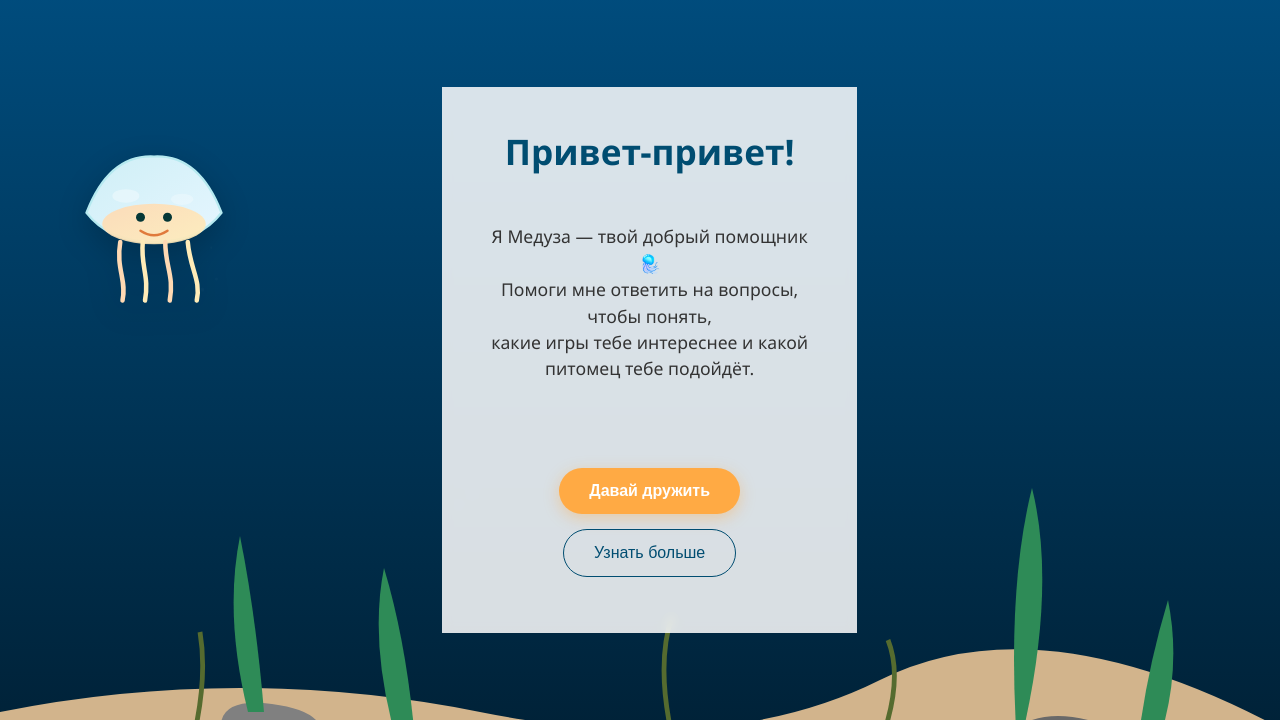
Repository: HOADF/kids-career-world
Page: index.html
The author's editor kept a copy of each file at every save. The page is drawn from the files as they stood at one save, then again after the next save.
The browser window is 1280 px wide. The pictures show the whole page.

Above is the page before, as saved 2026-03-13 19:37:57.

### index.html
<!doctype html>
<html lang="ru">
<head>
  <meta charset="utf-8" />
  <meta name="viewport" content="width=device-width,initial-scale=1" />
  <title>Kids Career World — знакомство</title>
  <link rel="stylesheet" href="style.css">
  <link rel="stylesheet" href="games-list.css">
  <link rel="stylesheet" href="animations.css"> <script type="module" src="script.js"></script>
</head>
<body>

  <div class="ocean-frame" aria-hidden="true">
    <img src="backgrounds/ocean.svg" class="layer-bg">
    <img src="backgrounds/ocean_floor.svg" class="layer-floor">

    <img src="pets/jellyfish.svg" class="jelly-svg" id="main-pet-image">

    <img src="fx/bubbles.svg" class="bubble-stream stream-left">
    <img src="fx/bubbles.svg" class="bubble-stream stream-right">
  </div>

  <main class="page-root">

    <section id="welcome-card" class="welcome-card">
      <div class="welcome-inner" style="padding: 40px; text-align: center;">
        <h1 id="welcome-title">Привет-привет!</h1>
        <p class="lead">
          Я Медуза — твой добрый помощник 🪼<br>
          Помоги мне ответить на вопросы, чтобы понять,<br>
          какие игры тебе интереснее и какой питомец тебе подойдёт.
        </p>

        <div class="controls" style="display: flex; gap: 15px; justify-content: center; margin-top: 30px;">
          <button id="start-quiz" class="btn-primary">Давай дружить</button>
          <button id="learn-more" class="btn-ghost">Узнать больше</button>
        </div>
      </div>
    </section>

    <section id="questions-section" class="questions-card hidden">
      <div class="questions-inner">
        <div id="progress" class="progress">Вопрос <span id="q-index">1</span> из <span id="q-total">5</span></div>
        <h2 id="question-title" class="question-title">Загружаю вопрос...</h2>
        <div id="answers" class="answers"></div>
        <div class="nav-row">
          <button id="btn-back" class="btn-ghost small" disabled>◀ Назад</button>
          <button id="btn-next" class="btn-primary small" disabled>Дальше ▶</button>
        </div>
      </div>
    </section>

    <section id="result-section" class="result-card hidden">
      <div class="result-inner">
        <h2 id="result-title">Тебе подойдёт...</h2>
        <div id="result-pet" class="result-pet"></div>
        <div id="result-games" class="result-games"></div>
        <div class="result-controls">
          <button id="restart" class="btn-ghost">Пройти снова</button>
          <button id="continue" class="btn-primary">Пойти в игры</button>
        </div>
      </div>
    </section>

  </main>
</body>
</html>

### style.css
/* Главный файл стилей — "Оглавление" */
@import url('base.css');
@import url('components.css');
@import url('animations.css');
@import url('games-list.css');

### games-list.css
.games-container {
  display: flex;
  flex-wrap: wrap;
  gap: 16px;
  justify-content: center;
}

.game-card {
  width: 220px;
  background: #fff;
  border-radius: 14px;
  padding: 12px;
  box-shadow: 0 6px 14px rgba(0,0,0,0.1);
  text-align: center;
}

.game-card img {
  width: 100%;
  border-radius: 10px;
}

.play-btn {
  display: inline-block;
  margin-top: 8px;
  background: #4fc3f7;
  color: #fff;
  padding: 8px 12px;
  border-radius: 8px;
  text-decoration: none;
  font-weight: bold;
}

.play-btn:hover {
  transform: translateY(-2px);
}

.level {
  color: #555;
  font-size: 14px;
  margin-top: 4px;
}

.main-layout {
  display: flex;
  justify-content: space-between;
  align-items: flex-start;
  gap: 32px;
  max-width: 1200px;
  margin: 0 auto;
  padding: 20px;
}

.welcome-card {
  flex: 1 1 50%;
  min-width: 400px;
}

.games-panel {
  flex: 1 1 50%;
  min-width: 400px;
}

.games-container {
  display: flex;
  flex-wrap: wrap;
  gap: 16px;
  justify-content: center;
}

.game-card {
  width: 200px;
  background: #fff;
  border-radius: 14px;
  padding: 12px;
  box-shadow: 0 6px 14px rgba(0,0,0,0.1);
  text-align: center;
}

### animations.css
/* ---------- ГЛОБАЛЬНЫЕ НАСТРОЙКИ ---------- */
body, html {
  margin: 0;
  padding: 0;
  width: 100%;
  height: 100%;
  font-family: 'Segoe UI', Tahoma, Geneva, Verdana, sans-serif;
  background-color: #002a40; /* Темный фон за карточкой */
}

.page-root {
  display: flex;
  justify-content: center;
  align-items: center;
  min-height: 100vh;
  padding: 20px;
  box-sizing: border-box;
}

/* ---------- ГЛАВНАЯ КАРТОЧКА ---------- */
.welcome-card, .questions-card, .result-card {
  position: relative;
  width: 100%;
  max-width: 850px;
  min-height: 450px;
  background: white;
  border-radius: 2.5rem;
  overflow: hidden; /* КРИТИЧНО: чтобы фон не вылезал */
  display: flex;
  box-shadow: 0 25px 60px rgba(0,0,0,0.4);
}

.hidden { display: none !important; }

/* ---------- ЖИВОЙ ОКЕАН ВНУТРИ ---------- */
.ocean-frame {
  position: absolute;
  top: 0;
  left: 0;
  width: 100%;
  height: 100%;
  z-index: 1;
}

.layer-bg, .layer-floor {
  position: absolute;
  width: 100%;
  height: 100%;
  object-fit: cover;
  pointer-events: none;
}

.layer-floor {
  z-index: 3;
  bottom: 0;
}

/* ---------- МЕДУЗА (СЛЕВА) ---------- */
.jelly-svg {
  position: absolute;
  left: 5%;
  top: 20%;
  width: 180px;
  height: auto;
  z-index: 10;
  animation: petFloat 4s ease-in-out infinite;
  filter: drop-shadow(0 10px 15px rgba(0,0,0,0.2));
}

@keyframes petFloat {
  0%, 100% { transform: translateY(0) rotate(-2deg); }
  50% { transform: translateY(-20px) rotate(2deg); }
}

/* ---------- ПУЗЫРЬКИ ---------- */
.bubble-stream {
  position: absolute;
  bottom: -50px;
  width: 35px;
  z-index: 5;
  opacity: 0.5;
}
.stream-left { left: 15%; animation: bubbleRise 7s infinite; }
.stream-right { left: 35%; animation: bubbleRise 10s infinite 2s; }

@keyframes bubbleRise {
  0% { transform: translateY(0); opacity: 0; }
  20% { opacity: 0.6; }
  100% { transform: translateY(-500px); opacity: 0; }
}

/* ---------- КОНТЕНТ (СПРАВА) ---------- */
.welcome-inner, .questions-inner, .result-inner {
  position: relative;
  z-index: 20; /* Поверх всего */
  margin-left: 45%; /* Освобождаем место под медузу */
  padding: 50px;
  text-align: left;
  display: flex;
  flex-direction: column;
  justify-content: center;
  background: rgba(255, 255, 255, 0.85); /* Белая подложка под текстом для читаемости */
  backdrop-filter: blur(5px);
  width: 55%;
}

h1 { color: #004d71; font-size: 2.2rem; margin-bottom: 1rem; }
.lead { color: #333; font-size: 1.1rem; line-height: 1.5; }

/* Кнопки */
.btn-primary {
  background: #ffaa44;
  color: white;
  border: none;
  padding: 14px 30px;
  border-radius: 50px;
  font-weight: bold;
  cursor: pointer;
  box-shadow: 0 4px 15px rgba(255, 170, 68, 0.4);
}

.btn-ghost {
  background: transparent;
  color: #004d71;
  border: 1px solid #004d71;
  padding: 14px 30px;
  border-radius: 50px;
  cursor: pointer;
}

### script.js
import { petAssets } from './config.js';
import { QuizManager } from './quiz.js';

document.addEventListener('DOMContentLoaded', () => {
    const quiz = new QuizManager();

    // Элементы интерфейса
    const welcomeCard = document.getElementById('welcome-card');
    const questionsSection = document.getElementById('questions-section');
    const resultSection = document.getElementById('result-section');
    const petRoom = document.getElementById('pet-room');

    // Кнопки
    const startBtn = document.getElementById('start-quiz');
    const btnRestart = document.getElementById('restart');
    const btnContinue = document.getElementById('continue');
    const btnBack = document.getElementById('btn-back');

    // Поля теста
    const qTitle = document.getElementById('question-title');
    const qAnswers = document.getElementById('answers');
    const qIndexEl = document.getElementById('q-index');
    const qTotalEl = document.getElementById('q-total');

    // Поля результата
    const resultPet = document.getElementById('result-pet');
    const resultGames = document.getElementById('result-games');
    const resultTitle = document.getElementById('result-title');

    // Слои мира (динамический фон)
    const bgImg = document.getElementById('bg-img');
    const floorImg = document.getElementById('floor-img');
    const mainPetImg = document.getElementById('pet-img');

    // 1. ПРОВЕРКА ВХОДА
    if (localStorage.getItem('childName') && petRoom) {
        welcomeCard?.classList.add('hidden');
        petRoom.classList.remove('hidden');
    }

    // 2. СБОРКА SVG ПИТОМЦА
    function assemblePet(type, markType = 'heart') {
        const body = petAssets.bodies[type] || petAssets.bodies['artist'];
        const mark = petAssets.marks[markType] || "";
        return `
        <svg viewBox="0 0 200 200" style="width:100%; height:100%;">
          ${body}
          <g class="accessory-layer">${mark}</g>
        </svg>`;
    }

    // 3. ОБНОВЛЕНИЕ ВИЗУАЛА МИРА
    function updateWorld(worldData, petType) {
        if (!worldData) return;

        // Плавная смена через прозрачность (если добавить transition в CSS)
        if (bgImg) bgImg.src = worldData.bg;
        if (floorImg) floorImg.src = worldData.floor;

        // Меняем главного персонажа на фоне
        if (mainPetImg) {
            mainPetImg.src = `pets/${petType}.svg`;
            // Если используешь SVG сборку для фона:
            // mainPetImg.parentElement.innerHTML = assemblePet(petType);
        }
    }

    // 4. ОТОБРАЖЕНИЕ ВОПРОСА
    function renderQuestion() {
        const q = quiz.getCurrentQuestion();
        const progress = quiz.getProgress();

        qIndexEl.textContent = progress.current;
        qTotalEl.textContent = progress.total;
        qTitle.textContent = q.text;
        qAnswers.innerHTML = '';

        q.answers.forEach(ans => {
            const btn = document.createElement('button');
            btn.className = 'answer-btn btn-primary'; // Используем наши новые стили
            btn.style.margin = "5px";
            btn.textContent = ans.text;

            btn.onclick = () => {
                const step = quiz.nextQuestion(ans.type);
                if (step.finished) {
                    showResult(step.result);
                } else {
                    renderQuestion();
                }
            };
            qAnswers.appendChild(btn);
        });

        if (btnBack) btnBack.disabled = progress.current === 1;
    }

    function showResult(result) {
        questionsSection.classList.add('hidden');
        resultSection.classList.remove('hidden');

        // Меняем фон и персонажа под результат
        updateWorld(result.data.world, result.type);

        resultTitle.textContent = `Твой друг: ${result.data.pet}`;
        resultPet.innerHTML = assemblePet(result.type, 'heart');
        resultGames.textContent = result.data.games;
    }

    // 5. СОБЫТИЯ
    startBtn?.addEventListener('click', () => {
        welcomeCard.classList.add('hidden');
        questionsSection.classList.remove('hidden');
        renderQuestion();
    });

    btnBack?.addEventListener('click', () => {
        if (quiz.prevQuestion()) renderQuestion();
    });

    btnRestart?.addEventListener('click', () => {
        quiz.reset();
        resultSection.classList.add('hidden');
        welcomeCard.classList.remove('hidden');
        // Возвращаем стандартный фон океана
        if (bgImg) bgImg.src = 'backgrounds/ocean.svg';
        if (floorImg) floorImg.src = 'backgrounds/ocean_floor.svg';
    });

    btnContinue?.addEventListener('click', () => {
        localStorage.setItem('childName', 'Друг');
        location.reload();
    });
});

### base.css
/* ---------- Базовые стили ---------- */
:root {
  --color-bg: #eaf9fb;
  --color-accent: #ffb44a;
  --color-text: #023436;
  --color-subtle: #0b6b6f;
  --color-white: #ffffff;
  --transition-fast: 0.3s ease;
  --transition-slow: 0.6s ease;
}

* {
  box-sizing: border-box;
  margin: 0;
  padding: 0;
}

html, body {
  width: 100%;
  height: 100%;
  font-family: system-ui, "Segoe UI", Roboto, sans-serif;
  color: var(--color-text);
  background-color: var(--color-bg);
  overflow-x: hidden;
}

.hidden {
  display: none !important;
}

.background-decor {
  position: fixed;
  top: 0;
  left: 0;
  width: 100%;
  height: 100%;
  background: linear-gradient(180deg, #eaf9fb 0%, #f8ffff 100%);
  z-index: -1;
}

.page-root {
  display: flex;
  flex-direction: column;
  align-items: center;
  justify-content: center;
  padding: 2rem;
  min-height: 100vh;
}

/* 📱 АДАПТИВНОСТЬ ПОД УСТРОЙСТВА */
@media (max-width: 700px) {
  .welcome-card { padding: 1.5rem; }
  .welcome-inner { flex-direction: column; text-align: center; }
  .controls { justify-content: center; }
}

@media (max-width: 480px) {
  body { font-size: 14px; padding: 0.5rem; }
  .welcome-card, .questions-card, .result-card { padding: 1rem; border-radius: 1rem; }
  .welcome-card h1 { font-size: 1.4rem; line-height: 1.4; }
  .welcome-text p { font-size: 0.95rem; }
  .controls { flex-direction: column; gap: 0.75rem; }
  button { width: 100%; font-size: 1rem; padding: 0.8rem; }
  .pet-visual { width: 120px; height: 120px; }
}

@media (min-width: 481px) and (max-width: 768px) {
  body { font-size: 16px; padding: 1rem; }
  .welcome-card, .questions-card, .result-card { padding: 1.5rem; }
  .welcome-card h1 { font-size: 1.8rem; }
  .welcome-text p { font-size: 1rem; }
  button { font-size: 1rem; padding: 0.9rem 1.2rem; }
  .pet-visual { width: 150px; height: 150px; }
}

@media (min-width: 769px) and (max-width: 1200px) {
  body { font-size: 18px; padding: 1.5rem; }
  .welcome-card, .questions-card, .result-card { padding: 2rem; }
  .welcome-card h1 { font-size: 2rem; }
  .pet-visual { width: 180px; height: 180px; }
}

@media (min-width: 1201px) {
  body { font-size: 20px; max-width: 960px; margin: 0 auto; }
  .welcome-card, .questions-card, .result-card { border-radius: 2rem; }
  .pet-visual { width: 200px; height: 200px; }
}

### components.css
/* ---------- Карточки и Кнопки ---------- */
.welcome-card,
.questions-card,
.result-card {
  background: var(--color-white);
  border-radius: 24px;
  box-shadow: 0 6px 20px rgba(0, 0, 0, 0.08);
  max-width: 900px;
  width: 100%;
  padding: 2rem 3rem;
  display: flex;
  flex-direction: column;
  justify-content: center;
  animation: fadeIn var(--transition-slow);
}

.welcome-inner { display: flex; align-items: center; gap: 2rem; flex-wrap: wrap; justify-content: center; }
.welcome-text { flex: 1 1 400px; text-align: left; }

h1, h2 { font-weight: 700; color: var(--color-subtle); margin-bottom: 1rem; }
.lead { font-size: 1.1rem; line-height: 1.6; margin-bottom: 1.5rem; }

.controls { display: flex; gap: 1rem; flex-wrap: wrap; margin-bottom: 1rem; }

.btn-primary, .btn-ghost {
  font-size: 1rem; border-radius: 12px; padding: 0.8rem 1.6rem;
  cursor: pointer; transition: all var(--transition-fast); border: none;
}
.btn-primary { background: var(--color-accent); color: var(--color-white); }
.btn-primary:hover { background: #ff9f1a; transform: translateY(-2px); }
.btn-ghost { background: transparent; color: var(--color-subtle); border: 2px solid var(--color-subtle); }
.btn-ghost:hover { background: var(--color-subtle); color: var(--white); transform: translateY(-2px); }

.small { padding: 0.5rem 1rem; font-size: 0.9rem; }
.meta-note { font-size: 0.9rem; color: #555; opacity: 0.8; }

/* ---------- Опрос и Результат ---------- */
.questions-inner, .result-inner { display: flex; flex-direction: column; align-items: center; gap: 1rem; }
.progress { font-size: 0.95rem; color: #666; }
.question-title { font-size: 1.2rem; text-align: center; margin-bottom: 1rem; }

.answers { display: flex; flex-direction: column; gap: 0.8rem; width: 100%; max-width: 600px; }
.answers button {
  background: var(--color-bg); border: 2px solid transparent; border-radius: 12px;
  padding: 0.8rem 1.2rem; text-align: left; transition: all var(--transition-fast); font-size: 1rem;
}
.answers button:hover { border-color: var(--color-accent); background: #fff8f0; transform: translateY(-1px); }
.answers button.selected { border-color: var(--color-accent); background: #fff1de; }

.nav-row, .result-controls { display: flex; justify-content: space-between; width: 100%; max-width: 600px; margin-top: 1rem; }
.result-pet { margin-top: 1rem; font-size: 1.1rem; }
.result-games { font-size: 1rem; color: #333; }

### quiz.js
import { questions, results } from './config.js';

export class QuizManager {
    constructor() {
        this.currentQuestion = 0;
        this.answersGiven = [];
    }

    getCurrentQuestion() {
        return questions[this.currentQuestion];
    }

    nextQuestion(answerType) {
        this.answersGiven[this.currentQuestion] = answerType;
        if (this.currentQuestion < questions.length - 1) {
            this.currentQuestion++;
            return { finished: false };
        }
        return { finished: true, result: this.calculateResult() };
    }

    prevQuestion() {
        if (this.currentQuestion > 0) {
            this.currentQuestion--;
            return true;
        }
        return false;
    }

    calculateResult() {
        const counts = {};
        this.answersGiven.forEach(t => counts[t] = (counts[t] || 0) + 1);
        const topType = Object.keys(counts).reduce((a, b) => counts[a] > counts[b] ? a : b);
        return { type: topType, data: results[topType] };
    }

    reset() {
        this.currentQuestion = 0;
        this.answersGiven = [];
    }

    getProgress() {
        return {
            current: this.currentQuestion + 1,
            total: questions.length
        };
    }
}

Loaded but not shown: pets/jellyfish.svg (23 lines, source omitted); backgrounds/ocean_floor.svg (30 lines, source omitted); backgrounds/ocean.svg (17 lines, source omitted); fx/bubbles.svg (10 lines, source omitted); config.js (176 lines, source omitted)

After the next save:
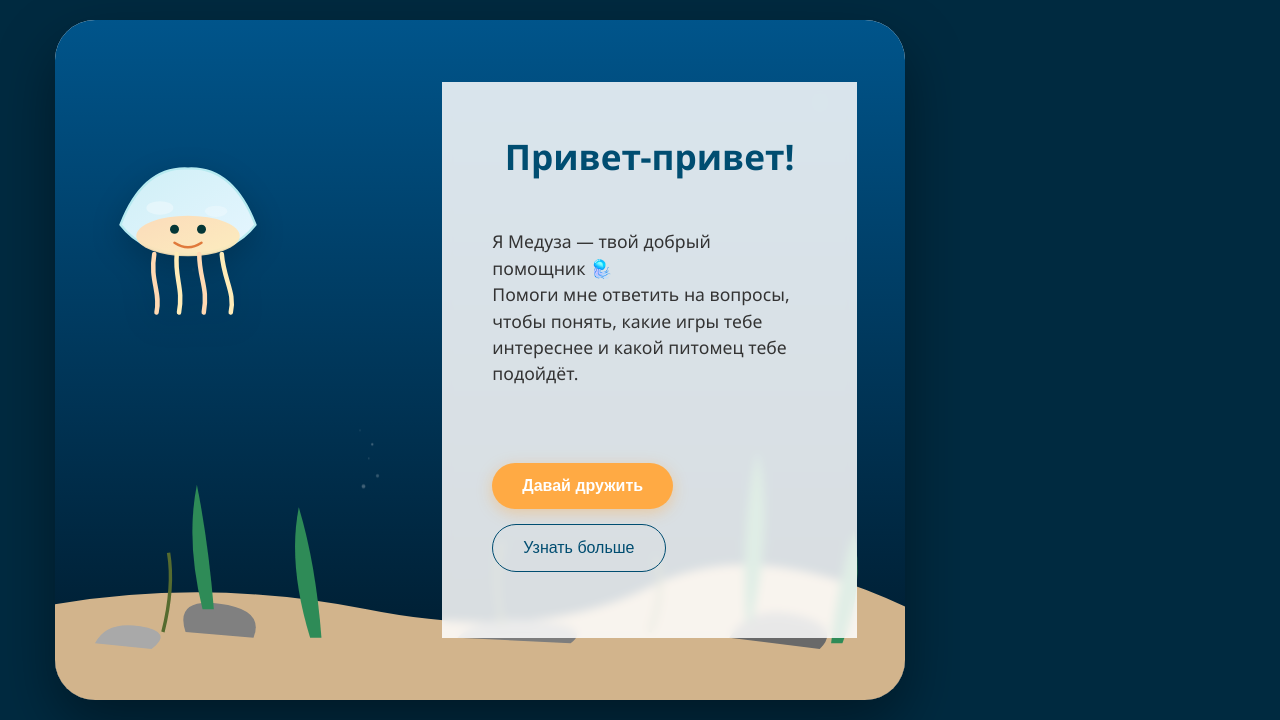
Saved 33 s later.
--- a/index.html
+++ b/index.html
@@ -5,33 +5,29 @@
   <meta name="viewport" content="width=device-width,initial-scale=1" />
   <title>Kids Career World — знакомство</title>
   <link rel="stylesheet" href="style.css">
-  <link rel="stylesheet" href="games-list.css">
-  <link rel="stylesheet" href="animations.css"> <script type="module" src="script.js"></script>
+  <link rel="stylesheet" href="animations.css">
+  <script type="module" src="script.js"></script>
 </head>
 <body>
-
-  <div class="ocean-frame" aria-hidden="true">
-    <img src="backgrounds/ocean.svg" class="layer-bg">
-    <img src="backgrounds/ocean_floor.svg" class="layer-floor">
-
-    <img src="pets/jellyfish.svg" class="jelly-svg" id="main-pet-image">
-
-    <img src="fx/bubbles.svg" class="bubble-stream stream-left">
-    <img src="fx/bubbles.svg" class="bubble-stream stream-right">
-  </div>
 
   <main class="page-root">
 
     <section id="welcome-card" class="welcome-card">
-      <div class="welcome-inner" style="padding: 40px; text-align: center;">
+      <div class="ocean-frame" aria-hidden="true">
+        <img src="backgrounds/ocean.svg" class="layer-bg">
+        <img src="backgrounds/ocean_floor.svg" class="layer-floor">
+        <img src="pets/jellyfish.svg" class="jelly-svg" id="main-pet-image">
+        <img src="fx/bubbles.svg" class="bubble-stream stream-left">
+        <img src="fx/bubbles.svg" class="bubble-stream stream-right">
+      </div>
+
+      <div class="welcome-inner">
         <h1 id="welcome-title">Привет-привет!</h1>
         <p class="lead">
           Я Медуза — твой добрый помощник 🪼<br>
-          Помоги мне ответить на вопросы, чтобы понять,<br>
-          какие игры тебе интереснее и какой питомец тебе подойдёт.
+          Помоги мне ответить на вопросы, чтобы понять, какие игры тебе интереснее и какой питомец тебе подойдёт.
         </p>
-
-        <div class="controls" style="display: flex; gap: 15px; justify-content: center; margin-top: 30px;">
+        <div class="controls" style="display: flex; gap: 15px; margin-top: 20px;">
           <button id="start-quiz" class="btn-primary">Давай дружить</button>
           <button id="learn-more" class="btn-ghost">Узнать больше</button>
         </div>
@@ -39,25 +35,34 @@
     </section>
 
     <section id="questions-section" class="questions-card hidden">
+      <div class="ocean-frame" aria-hidden="true">
+        <img src="backgrounds/ocean.svg" class="layer-bg">
+        <img src="backgrounds/ocean_floor.svg" class="layer-floor">
+        <img src="pets/jellyfish.svg" class="jelly-svg" style="opacity: 0.5; left: -50px;"> </div>
+
       <div class="questions-inner">
         <div id="progress" class="progress">Вопрос <span id="q-index">1</span> из <span id="q-total">5</span></div>
-        <h2 id="question-title" class="question-title">Загружаю вопрос...</h2>
-        <div id="answers" class="answers"></div>
-        <div class="nav-row">
+        <h2 id="question-title">Загружаю вопрос...</h2>
+        <div id="answers" class="answers" style="display: grid; gap: 10px; margin: 20px 0;"></div>
+        <div class="nav-row" style="display: flex; justify-content: space-between;">
           <button id="btn-back" class="btn-ghost small" disabled>◀ Назад</button>
-          <button id="btn-next" class="btn-primary small" disabled>Дальше ▶</button>
+          <button id="btn-next" class="btn-primary small">Дальше ▶</button>
         </div>
       </div>
     </section>
 
     <section id="result-section" class="result-card hidden">
+      <div class="ocean-frame" aria-hidden="true">
+        <img src="backgrounds/ocean.svg" class="layer-bg">
+        <img src="backgrounds/ocean_floor.svg" class="layer-floor">
+      </div>
       <div class="result-inner">
         <h2 id="result-title">Тебе подойдёт...</h2>
-        <div id="result-pet" class="result-pet"></div>
-        <div id="result-games" class="result-games"></div>
-        <div class="result-controls">
-          <button id="restart" class="btn-ghost">Пройти снова</button>
-          <button id="continue" class="btn-primary">Пойти в игры</button>
+        <div id="result-pet" class="result-pet" style="width: 150px; margin: 0 auto;"></div>
+        <div id="result-games" class="result-games" style="margin: 20px 0; font-weight: bold;"></div>
+        <div class="result-controls" style="display: flex; gap: 10px; justify-content: center;">
+          <button id="restart" class="btn-ghost">Сначала</button>
+          <button id="continue" class="btn-primary">В игры!</button>
         </div>
       </div>
     </section>
